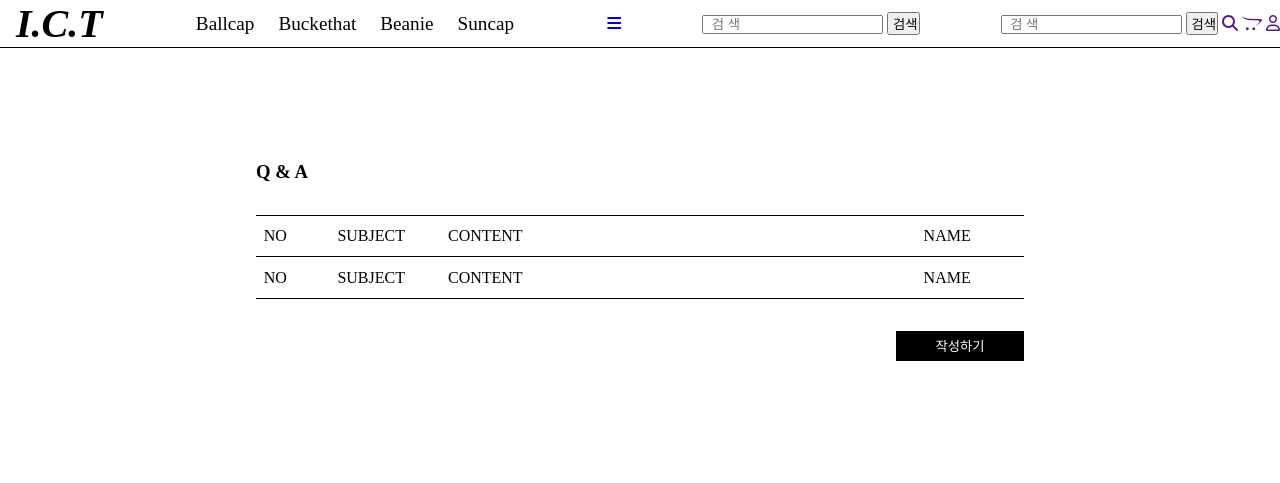
Repository: Developer120000/project1
Page: http://localhost/project1/productpage/q_a.jsp
These files come from the project's save history. The page is drawn as it stood at one moment and after the next save; the edit follows.
The browser window is 1280 px wide. The pictures show the whole page.
Some web libraries are served in a nearby version. The page is served by Tomcat 9.

Above is the page before, as saved 2024-03-19 09:50:46.
Console error: SyntaxError: Identifier 'hamburger' has already been declared

### project1/src/main/webapp/productpage/q_a.jsp
<%@ page language="java" contentType="text/html; charset=UTF-8"
    pageEncoding="UTF-8"%>
<!DOCTYPE html>
<html>
<head>
<meta charset="UTF-8">
<meta name="viewport" content="width=device-width, initial-scale=1">
<title>payment</title>
<%@ include file="header.jsp" %>
<link rel="stylesheet" href="../css/header.css">
<script src="../js/header.js" defer></script>
<link rel="stylesheet" href="../css/q_a.css">
</head>
<body>
	<div class="qcontainer">
		<div class="qwrapper">
			<h3 class="qtitle">Q & A</h3>
			<ul class="qau">
				<li class="qal q1">NO</li>
				<li class="qal q1">SUBJECT</li>
				<li class="qal">CONTENT</li>
				<li class="qal q1">NAME</li>
			</ul>
			<ul class="qau">
				<li class="qal q1">NO</li>
				<li class="qal q1">SUBJECT</li>
				<li class="qal">CONTENT</li>
				<li class="qal q1">NAME</li>
			</ul>
		</div>
		<p class="qwrite">
			<input type="submit" class="qwrite1" value="작성하기">
		</p>
	</div>
</body>
</html>

### project1/src/main/webapp/productpage/header.jsp
<%@ page language="java" contentType="text/html; charset=UTF-8"
    pageEncoding="UTF-8"%>
<!DOCTYPE html>
<html>
<head>
<meta charset="UTF-8">
<meta name="viewport" content="width=device-width, initial-scale=1.0">
<title>I.C.T</title>
<script src="https://kit.fontawesome.com/80123590ac.js" crossorigin="anonymous"></script>
<link rel="stylesheet" href="../css/header.css">
<script src="../js/header.js" defer></script>
<!-- <script defer src="js 파일 위치"></script> -->
</head>
<body>
	<header id="header">
		<div class="wrapper">
			<p class="title">
				<a href="">I.C.T</a>
			</p>
			<ul class="category">
				<li><a href="">Ballcap</a></li>
				<li><a href="">Buckethat</a></li>
				<li><a href="">Beanie</a></li>
				<li><a href="">Suncap</a></li>
			</ul>
			<a href="#" class="hamburger">
				<i class="fa-solid fa-bars"></i>
			</a>
			<form class="item2" onsubmit="return false">
				<input type="text" class="searchbar2" type="text" placeholder="&nbsp;&nbsp;검 색">
				<button class="res2">&nbsp;검색</button>
			</form>
			<form class="item" onsubmit="return false">
				<input type="text" class="searchbar1" type="text" placeholder="&nbsp;&nbsp;검 색">
				<button class="res1">&nbsp;검색</button>
				<a href="" class="b1 a1"><i class="fa-solid fa-magnifying-glass"></i></a>
				<a href="" class="b2 a1"><i class="fa-brands fa-opencart"></i></a>
<!-- 				<i class="fa-solid fa-cart-shopping"></i> -->
				<a href="" class="b3 a1"><i class="fa-regular fa-user"></i></a>
			</form>
		</div>
	</header>

</body>
</html>

### project1/src/main/webapp/css/header.css
@charset "UTF-8";
*{margin: 0px; }
#header{

/* 	height: 4.06rem; */
}
.wrapper{
	width: 100%;
	position: fixed;
	display: flex;
	justify-content: space-between;
	align-items: center;
	background-color: white;
	border-bottom: 1px solid black;
	z-index: 5;
}
.title a{
	text-decoration: none;
	font-size: 2.5rem;
	font-weight: bold;
	margin-left: 1rem;
	color: black;
	font-style: italic;
	display: inline-block;
}
.category{
	display: flex;
/* 	margin-right: 50%; */
	list-style: none;
}
.category li{
	padding: 8px 12px;
}
li a{
/* 	margin-right: 1.0rem; */
	font-size: 1.2rem;
	text-decoration: none;
}
li a:visited {color: black;}
li a:hover {text-decoration: underline;}

.search{
	display: flex;
	padding-left: 0;

/* 	width: 60%; */
/* 	text-align: right; */
}
.searchbar{
/* 	width: 30%; */
/* 	margin-right: 5px;  */
	padding: 5px;
}
.a1{
/* 	margin-right: 10%; */
}
.icon{display: none;}


@media screen and (max-width:600px){
	.wrapper{
		flex-direction: column;
		align-items: flex-start;
		padding: 8px 24px;
	}
	.category{
		display: none;
		flex-direction: column;
		align-items: center;
		width: 100%;
	}
	.category li a{
		width: 100%;
		text-align: center;
	}
	.search{
		display: none;
		justify-content: center;
		width: 100%;
	}
	.icon{
		display: block;
	}
}

@media screen and (max-width:1138px){


}


@media screen and (max-width:800px){


}

/* 1015px 이하 - suncap 사라짐 */
@media screen and (max-width:590px){

	.header_second #s4{display: none;}
}

### project1/src/main/webapp/css/q_a.css
@charset "UTF-8";
*{margin: 0px; padding: 0px; box-sizing: border-box;}

.qcontainer{
	padding-top: 4.06rem;
	width: 100%;
}
.qwrapper{
	display: flex;
	justify-content: center;
	flex-direction: column;
	align-items: center;
	width: 100%;
}
.qau{
	width: 60%;
	display: grid;
	grid-template-columns: 5% 20% 55% 20%;
	list-style: none;
/* 	border-top: 1px solid black; */
	border-bottom: 1px solid black;
	padding: 0.7rem 0;

}
.qtitle{
	width: 60%;
	margin-top: 6rem;
	padding-bottom: 2rem;
	border-bottom: 1px solid black;
}
.q1{
	text-align: center;
}
.qwrite{
	width: 80%;
	height: 1.9rem;
	display: flex;
    justify-content: flex-end;
    margin: 2rem 0;
}
.qwrite1{
	min-width: 8rem;
	height: 100%;
	background-color: black;
	color: white;
	border: none;
	cursor: pointer;
}

### project1/src/main/webapp/js/header.js
const hamburger = document.querySelector('.hamburger');
const category = document.querySelector('.category');

hamburger.addEventListener('click', () => {
    category.classList.toggle('active');
})

document.addEventListener('click', (e) => {
    if (!category.contains(e.target) && !hamburger.contains(e.target)) {
        category.classList.remove('active');
    }
})


const b1 = document.querySelector('.b1');
const searchbar2 = document.querySelector('.searchbar2');
const res2 = document.querySelector('.res2');

b1.addEventListener('click', (e) => {
	e.preventDefault();
//	e.stopPropagation();
    searchbar2.classList.toggle('active');
    res2.classList.toggle('active');
})

document.addEventListener('click', (e) => {
    if (!searchbar2.contains(e.target) && !res2.contains(e.target) && !b1.contains(e.target)) {
        searchbar2.classList.remove('active');
    }
})

document.addEventListener('click', (e) => {
    if (!res2.contains(e.target) && !searchbar2.contains(e.target) && !b1.contains(e.target)) {
        res2.classList.remove('active');
    }
})


//const b2 = document.querySelector('.b2');
//const b3 = document.querySelector('.b3');
//
//hamburger.addEventListener('click', () => {
//    b2.classList.toggle('active');
//    b3.classList.toggle('active');
//})
//
//document.addEventListener('click', (e) => {
//    if (!hamburger.contains(e.target) && !b2.contains(e.target) && !b3.contains(e.target) && !category.contains(e.target)) {
//		category.classList.remove('active');
//        b2.classList.toggle('active');
//    	b3.classList.toggle('active');
//    }
//})

After the next save:
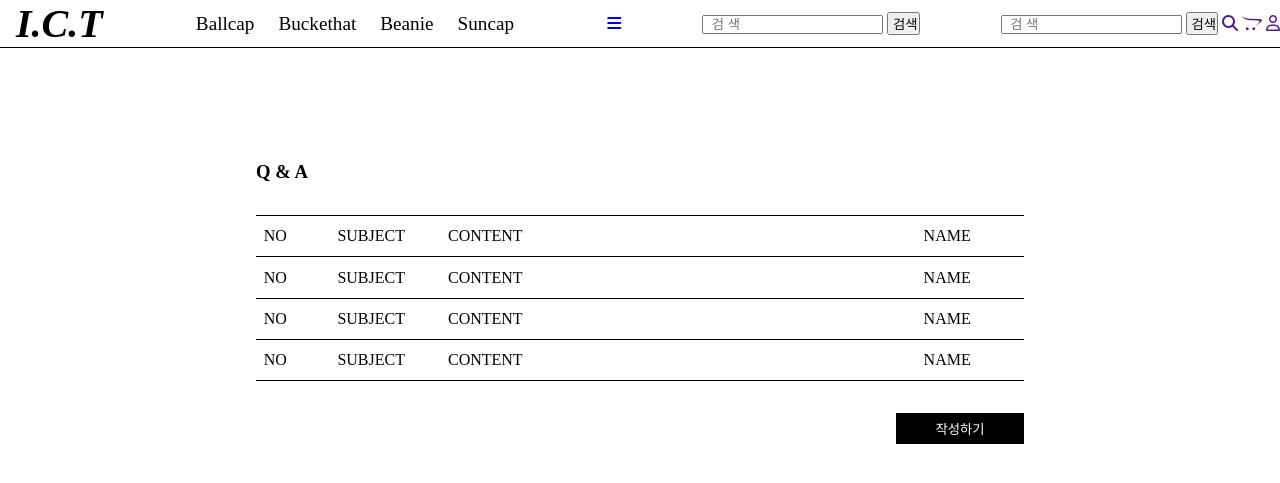
Saved 12 min 25 s later.
--- a/project1/src/main/webapp/productpage/q_a.jsp
+++ b/project1/src/main/webapp/productpage/q_a.jsp
@@ -27,6 +27,18 @@
 				<li class="qal">CONTENT</li>
 				<li class="qal q1">NAME</li>
 			</ul>
+			<ul class="qau">
+				<li class="qal q1">NO</li>
+				<li class="qal q1">SUBJECT</li>
+				<li class="qal">CONTENT</li>
+				<li class="qal q1">NAME</li>
+			</ul>
+			<ul class="qau">
+				<li class="qal q1">NO</li>
+				<li class="qal q1">SUBJECT</li>
+				<li class="qal">CONTENT</li>
+				<li class="qal q1">NAME</li>
+			</ul>
 		</div>
 		<p class="qwrite">
 			<input type="submit" class="qwrite1" value="작성하기">
